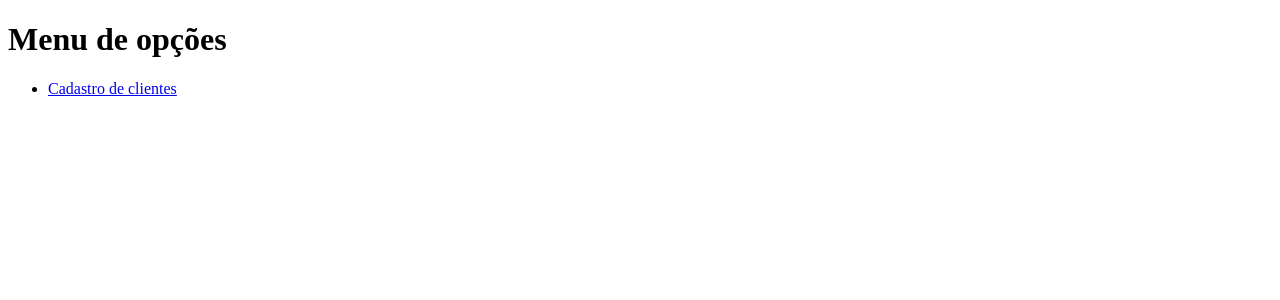
Repository: NicholasMaestrello/treinamento-impacta
Page: http://localhost/02_VendasWEB/
An editor plug-in stored every save of this project. The page is shown before and after the next save, followed by the edit.
The browser window is 1280 px wide. The pictures show the whole page.
The page is served by Tomcat 9.

Above is the page before, as saved 2017-09-26 19:54:35.

After the next save:
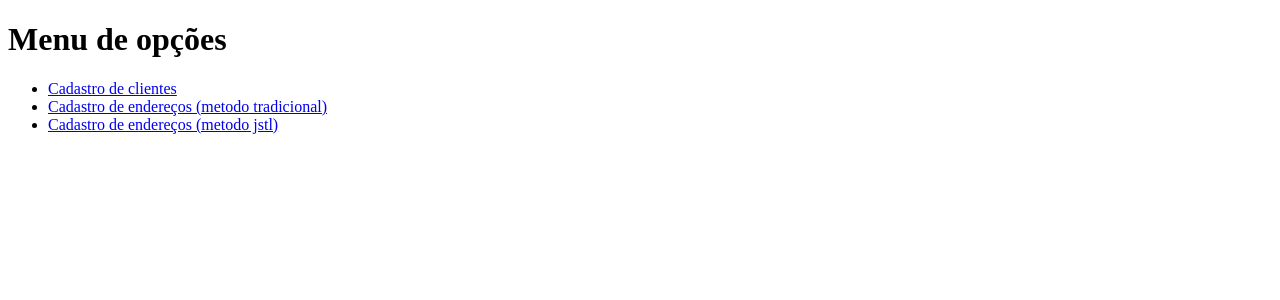
Saved 9 min 8 s later.
--- a/DesenvolvimentoJava/Modulo03/02_VendasWEB/WebContent/index.jsp
+++ b/DesenvolvimentoJava/Modulo03/02_VendasWEB/WebContent/index.jsp
@@ -10,6 +10,8 @@
 
 	<ul>
 		<li><a href="cadClientes.jsp"> Cadastro de clientes</a></li>
+		<li><a href="cadEnderecos.jsp">Cadastro de endereços (metodo tradicional)</a></li>
+		<li><a href="cadEnderecosJSTL.jsp">Cadastro de endereços (metodo jstl)</a></li>
 	</ul>
 </body>
 </html>
